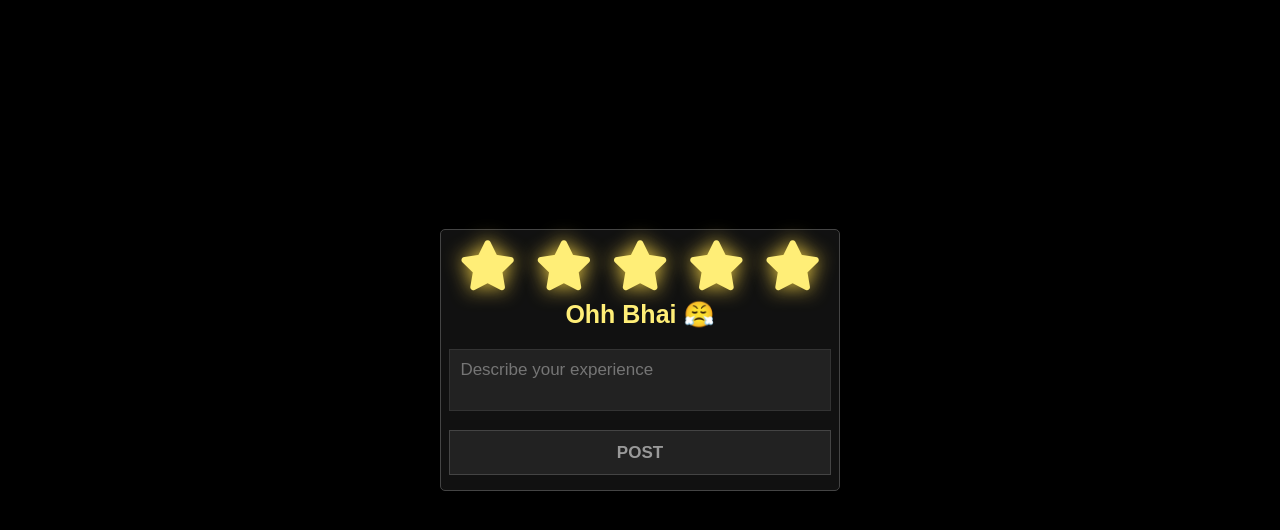
Repository: Suryansh-D/Star-Ratings
Page: index.html
An editor plug-in stored every save of this project. The page is shown before and after the next save, followed by the edit.
The browser window is 1280 px wide. The pictures show the whole page.
The first `#rate-5` is checked.

Above is the page before, as saved 2024-02-03 10:18:36.

After the next save:
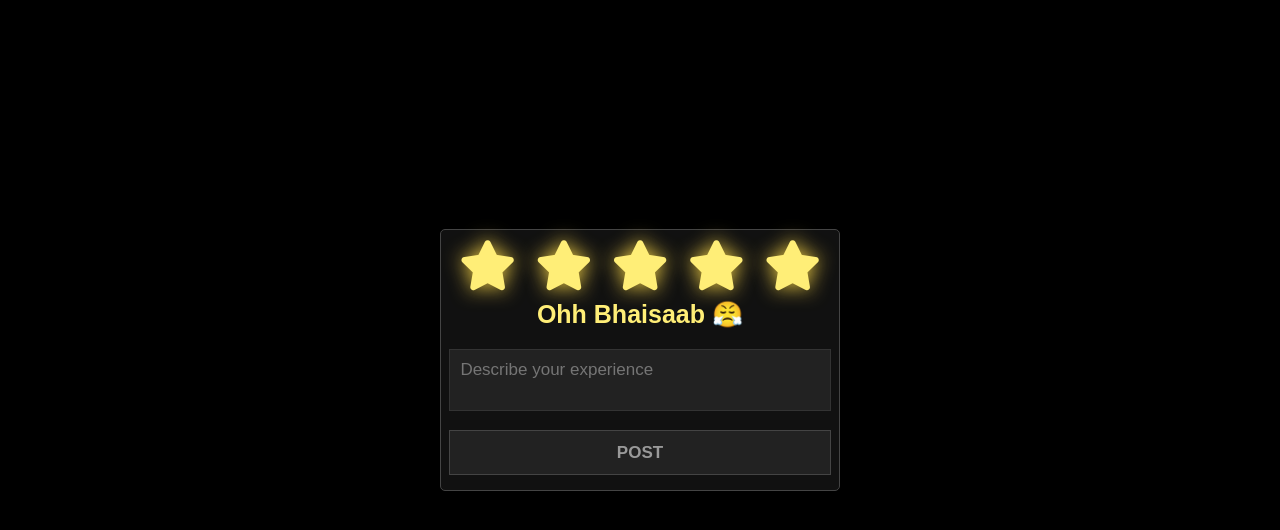
Saved 5 s later.
--- a/style.css
+++ b/style.css
@@ -78,7 +78,7 @@ input#rate-1:checked ~ label{
     content: "Wah yaar😏";
 }
 #rate-5:checked ~ form header:before{
-    content: "Ohh Bhai 😤";
+    content: "Ohh Bhaisaab 😤";
 }
 
 
